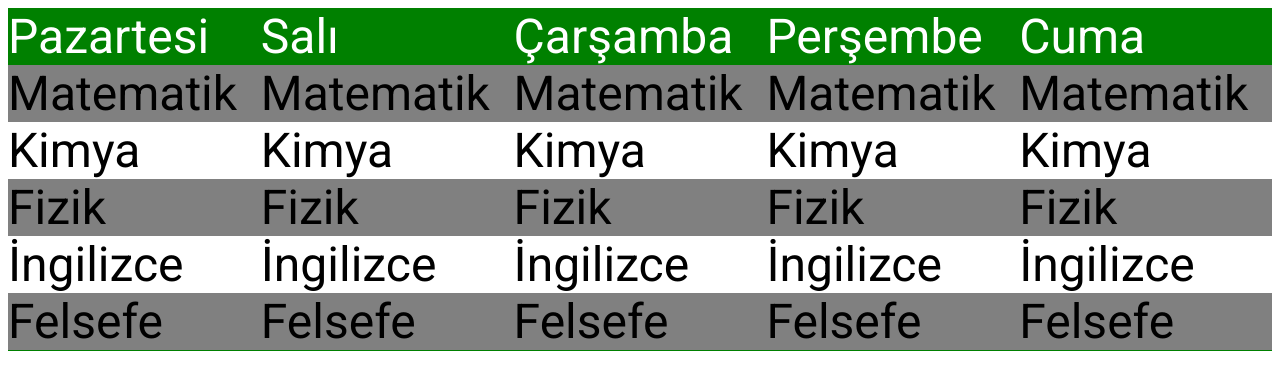
Repository: ahmetbugraozcan/css-ders-programi
Page: deneme.html
An editor plug-in stored every save of this project. The page is shown before and after the next save, followed by the edit.
The browser window is 1280 px wide. The pictures show the whole page.

Above is the page before, as saved 2021-07-10 09:33:00.

### deneme.html
<!DOCTYPE html>
<html lang="en">

<head>
    <link href='http://fonts.googleapis.com/css?family=Roboto' rel='stylesheet' type='text/css'>

    <meta charset="UTF-8">
    <meta http-equiv="X-UA-Compatible" content="IE=edge">
    <meta name="viewport" content="width=device-width, initial-scale=1.0">
    <title>Document</title>
</head>
<style>
body {
          font-family: 'Roboto', sans-serif;
          font-size: 48px;
        }

    header {
        background-color: green;
        color: white;
    }

    header,
    .row {
        display: flex;
        /* aligns all child elements (flex items) in a row */
    }

    .col :nth-of-type(odd){
        background-color:grey ;
    }
    .col :last-child {
        border-bottom: 1px solid green;
    }

    .col {
        flex: 1;
        /* distributes space on the line equally among items */
    }
</style>

<body>

    <header>
        <div class="col">Pazartesi</div>
        <div class="col">Salı</div>
        <div class="col">Çarşamba</div>
        <div class="col">Perşembe</div>
        <div class="col">Cuma</div>
    </header>
    <div class="row">
        <div class="col">
            <div>Matematik</div>
            <div>Kimya</div>
            <div>Fizik</div>
            <div>İngilizce</div>
            <div>Felsefe</div>
        </div>
        <div class="col"><div>Matematik</div><div>Kimya</div>
            <div>Fizik</div>
            <div>İngilizce</div>
            <div>Felsefe</div>
        </div>
        <div class="col"><div>Matematik</div>
            <div>Kimya</div>
            <div>Fizik</div>
            <div>İngilizce</div>
            <div>Felsefe</div>
        </div>
        <div class="col"><div>Matematik</div><div>Kimya</div>
            <div>Fizik</div>
            <div>İngilizce</div>
            <div>Felsefe</div>
        </div>
        <div class="col"><div>Matematik</div>
            <div>Kimya</div>
            <div>Fizik</div>
            <div>İngilizce</div>
            <div>Felsefe</div>
        </div>
    </div>
</body>

</html>

After the next save:
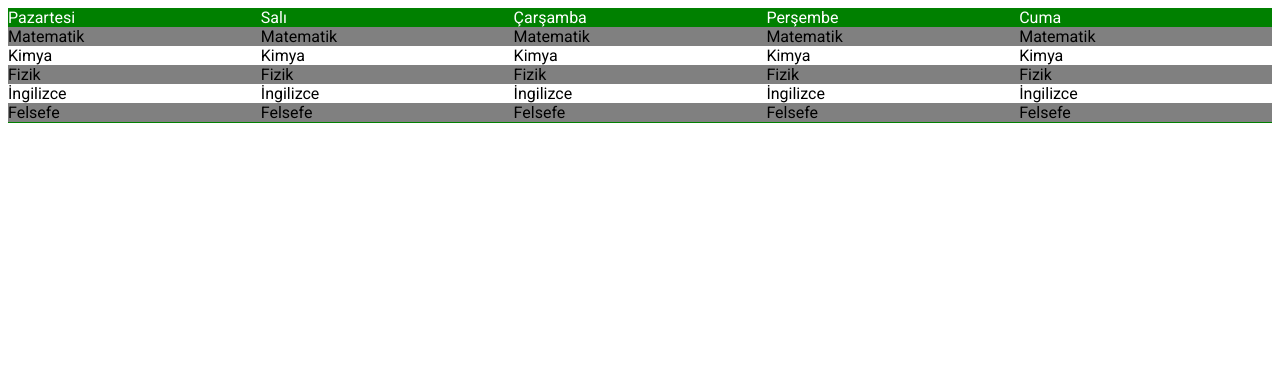
Saved 15 s later.
--- a/deneme.html
+++ b/deneme.html
@@ -12,7 +12,7 @@
 <style>
 body {
           font-family: 'Roboto', sans-serif;
-          font-size: 48px;
+
         }
 
     header {
